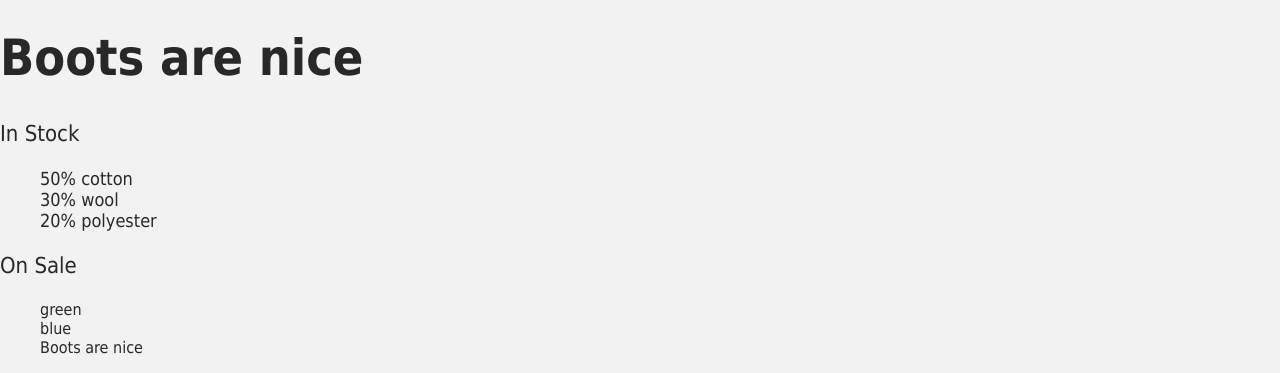
Repository: assassinhua/lab1
Page: index.html
An editor plug-in stored every save of this project. The page is shown before and after the next save, followed by the edit.
The browser window is 1280 px wide. The pictures show the part of the page from y = 567 to 1136 px (the page is 940 px tall before and 1136 px after).
A picture or video elsewhere on the page could not be fetched, so the positions and the page height are approximate.

Above is the page before, as saved 2024-10-22 18:46:15.

### index.html
<!DOCTYPE html>
<html lang="en">

<head>
    <meta charset="UTF-8" />
    <title>Intro SE331</title>
    <!-- Import Styles -->
    <link rel="stylesheet" href="./assets/styles.css" />
    <!-- Import Vue.js -->
    <script src="https://unpkg.com/vue@3/dist/vue.global.js"></script>
</head>

<body>
    <div id="app">
        <div class="nav-bar"></div>
        <div class="product-display">
 	      <div class="product-container">
                <div class="product-image">
                    <img :src="image" >
                </div>
                </div>

            </div>


        <div class="product-info">
            <h1>{{product}}</h1>
            <p v-if="inventory > 10">In Stock</p>
            <p v-else-if="inventory <= 10 && inventory > 0">Almost out of Stock</p>
            <p v-else>Out of Stock</p>
            <ul>
                                <li v-for="detail in details">{{detail}}</li>
                            </ul>

            <p v-if="inventory > 10">On Sale</p>
            <p v-else-if="inventory <= 10 && inventory > 0">Almost out of on sale</p>
            <p v-else>Out of sale</p>
            <ul>

                            <div v-for="variant in variants" :key="variant.id">
                                                {{ variant.color}}
                                            </div>



            <a :href="productLink">{{ product }}</a>
        </div>

    </div>

    <!-- Import Js -->


    <script src="./main.js"></script>





</body>

</html>

### assets/styles.css
body {
  background-color: #f2f2f2;
  margin: 0px;
  font-family: tahoma;
  color: #282828;
}

.button {
  margin: 30px;
  background-color: #39495c;
  border-radius: 5px;
  font-size: 18px;
  width: 160px;
  height: 60px;
  color: white;
  padding: 20px;
  box-shadow: inset 0 -0.6em 1em -0.35em rgba(0, 0, 0, 0.17),
    inset 0 0.6em 2em -0.3em rgba(255, 255, 255, 0.15),
    inset 0 0 0em 0.05em rgba(255, 255, 255, 0.12);
  text-align: center;
  cursor: pointer;
}

.cart {
  margin: 25px 100px;
  float: right;
  border: 1px solid #d8d8d8;
  padding: 10px 30px;
  background-color: white;
  -webkit-box-shadow: 0px 2px 15px -12px rgba(0, 0, 0, 0.57);
  -moz-box-shadow: 0px 2px 15px -12px rgba(0, 0, 0, 0.57);
  box-shadow: 2px 15px -12px rgba(0, 0, 0, 0.57);
}

.color-circle {
  width: 50px;
  height: 50px;
  margin-top: 8px;
  border: 2px solid #d8d8d8;
  border-radius: 50%;
}


.disabledButton {
  background-color: #d8d8d8;
  cursor: not-allowed;
}

h1 {
  font-size: 50px;
}

h3 {
  font-size: 25px;
}

img {
  border: 2px solid #d8d8d8;
  width: 70%;
  margin: 40px;
  padding: 15px;
  -webkit-box-shadow: 0px 2px 15px -12px rgba(0, 0, 0, 0.57);
  -moz-box-shadow: 0px 2px 15px -12px rgba(0, 0, 0, 0.57);
  box-shadow: 2px 15px -12px rgba(0, 0, 0, 0.57);
}

input {
  width: 100%;
  height: 40px;
  margin-bottom: 20px;
}

label {
  font-size: 20px;
  margin-bottom: 5px;
}

li {
  font-size: 18px;
}

.nav-bar {
  background: linear-gradient(-90deg, #84cf6a, #16c0b0);
  height: 60px;
  margin-bottom: 25px;
  -webkit-box-shadow: 0px 2px 15px -12px rgba(0, 0, 0, 0.57);
  -moz-box-shadow: 0px 2px 15px -12px rgba(0, 0, 0, 0.57);
  box-shadow: 1px 1px 5px rgba(0, 0, 0, 0.57);
}

.out-of-stock-img {
  opacity:0.5
}

p {
  font-size: 22px;
}

.product-display {
  display: flex;
  flex-direction: column;
  padding: 1rem;
}

.product-container {
  display: flex;
  flex-direction: row;
  flex-wrap: wrap;
}

.product-image,
.product-info {
  width: 50%;
}

.review-form {
  display: flex;
  flex-direction: column;
  width: 425px;
  padding: 20px;
  margin: 40px;
  border: 2px solid #d8d8d8;
  background-color: white;
  -webkit-box-shadow: 0px 2px 15px -12px rgba(0, 0, 0, 0.57);
  -moz-box-shadow: 0px 2px 15px -12px rgba(0, 0, 0, 0.57);
  box-shadow: 2px 15px -12px rgba(0, 0, 0, 0.57);
}

.review-container {
  width: 425px;
  padding: 20px;
  background-color: white;
  -webkit-box-shadow: 0px 2px 20px -12px rgba(0, 0, 0, 0.57);
  -moz-box-shadow: 0px 2px 20px -12px rgba(0, 0, 0, 0.57);
  box-shadow: 2px 20px -12px rgba(0, 0, 0, 0.57);
  margin-left: 40px;
  border: 2px solid #d8d8d8;
}

.review-container li {
  margin-bottom: 30px;
}

.review-form .button {
  display: block;
  margin: 30px auto;
}

select {
  height: 40px;
  font-size: 20px;
  background-color: white;
  cursor: pointer;
}

textarea {
  width: 95%;
  height: 70px;
  padding: 10px;
  font-size: 20px;
  margin-bottom: 20px;
}

ul {
  list-style-type: none;
}

@media only screen and (max-width: 600px) {
  .container {
    flex-direction: column;
  }

  .product-image,
  .product-info {
    margin-left: 10px;
    width: 100%;
  }

  .review-form {
    width: 90%;
  }
}

### main.js
const { createApp, ref } = Vue

createApp({
    setup(){
        const product = ref('Boots are  nice')


        const image = ref('./assets/images/socks_green.jpg')
       const inStock = ref(true)
        const inventory  = ref(100)
        const OnSale = ref(true)
        const details = ref([
                       '50% cotton',
                       '30% wool',
                       '20% polyester',

                   ])

        const size = ref([
                       'S,M,L for size',
        ])
        const variants = ref([
                       { id: 2234, color: 'green' },
                       { id: 2235, color: 'blue' }
                   ])

        return {
            product,
            image,
            inStock,
            inventory,
            OnSale,
            details,
            variants,
            size
        }
}



    }

).mount('#app')

After the next save:
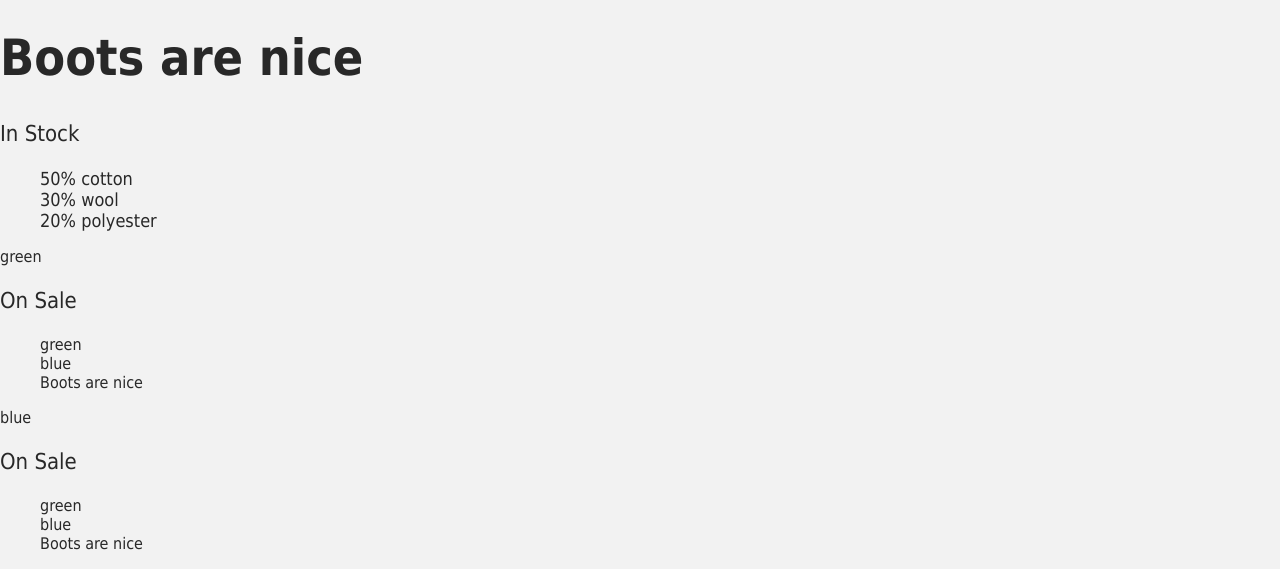
Saved 20 s later.
--- a/index.html
+++ b/index.html
@@ -31,6 +31,8 @@
             <ul>
                                 <li v-for="detail in details">{{detail}}</li>
                             </ul>
+                            <div v-for="variant in variants" :key="variant.id">
+                                {{ variant.color}}
 
             <p v-if="inventory > 10">On Sale</p>
             <p v-else-if="inventory <= 10 && inventory > 0">Almost out of on sale</p>
